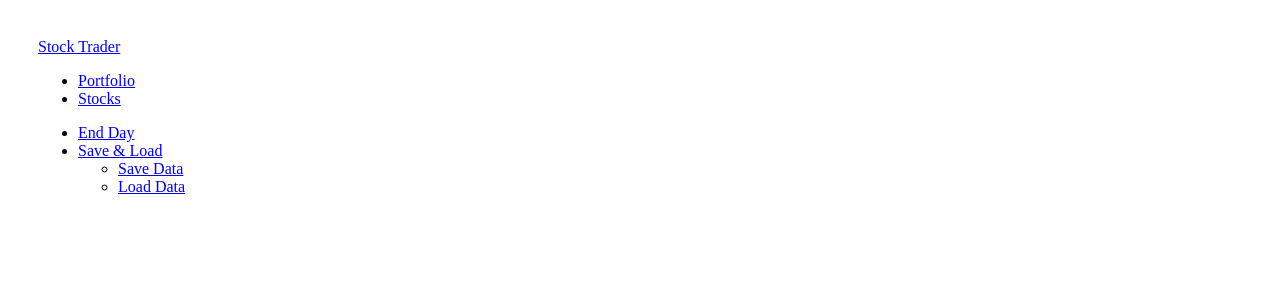
Repository: DaveBaulch/vue-course-stock-trader
Page: /stocks
These files come from the project's save history. The page is drawn as it stood at one moment and after a run of saves; the edit follows.
The browser window is 1280 px wide. The pictures show the whole page.
The project was rebuilt for these pictures with package versions that can differ from the ones it lists, and the page was loaded fresh each time. Also part of the build but not shown: webpack.config.js, src/components/Home.vue, src/components/portfolio/Portfolio.vue, src/components/stocks/Stock.vue.

Above is the page before, as saved 2021-01-25 12:00:02.

### src/main.js
import Vue from 'vue';
import VueRouter from 'vue-router';
import App from './App.vue';
import { routes } from './routes';

Vue.use(VueRouter);

const router = new VueRouter({
  mode: 'history',
  routes
});

new Vue({
  el: '#app',
  router,
  render: (h) => h(App)
});

### src/App.vue
<template>
  <div class="container">
    <app-header></app-header>
    <div class="row">
      <div class="col-xs-12">
        <router-view></router-view>
      </div>
    </div>
  </div>
</template>

<script>
import Header from './components/Header.vue';
export default {
  components: {
    appHeader: Header
  }
};
</script>

<style>
body {
  padding: 30px;
}
</style>

### src/routes.js
import Home from './components/Home.vue';
import Portfolio from './components/portfolio/Portfolio.vue';
import Stocks from './components/stocks/stocks.vue';

export const routes = [
  { path: '/', component: Home },
  { path: '/portfolio', component: Portfolio },
  { path: '/stocks', component: Stocks }
];

### src/components/Header.vue
<template>
  <nav class="navbar navbar-default">
    <div class="container-fluid">
      <div class="navbar-header">
        <router-link to="/" class="navbar-brand">Stock Trader</router-link>
      </div>

      <div class="collapse navbar-collapse">
        <ul class="nav navbar-nav">
          <router-link to="/portfolio" activeClass="active" tag="li"
            ><a>Portfolio</a></router-link
          >
          <router-link to="/stocks" activeClass="active" tag="li"
            ><a>Stocks</a></router-link
          >
        </ul>

        <ul class="nav navbar-nav navbar-right">
          <li><a href="#">End Day</a></li>
          <li class="dropdown">
            <a
              href="#"
              class="dropdown-toggle"
              data-toggle="dropdown"
              role="button"
              aria-haspopup="true"
              aria-expanded="false"
              >Save & Load <span class="caret"></span
            ></a>
            <ul class="dropdown-menu">
              <li><a href="#">Save Data</a></li>
              <li><a href="#">Load Data</a></li>
            </ul>
          </li>
        </ul>
      </div>
      <!-- /.navbar-collapse -->
    </div>
    <!-- /.container-fluid -->
  </nav>
</template>

### src/components/stocks/Stocks.vue
<template>
  <div>
    <app-stock></app-stock>
  </div>
</template>

<script>
import Stock from './Stock.vue';

export default {
  data() {
    return {
      stocks: [
        { id: 1, name: 'BMW', price: 110 },
        { id: 2, name: 'Google', price: 200 },
        { id: 3, name: 'Apple', price: 250 },
        { id: 4, name: 'Twitter', price: 8 }
      ]
    };
  },
  coponents: {
    appStock: Stock
  }
};
</script>

After the next 4 saves:
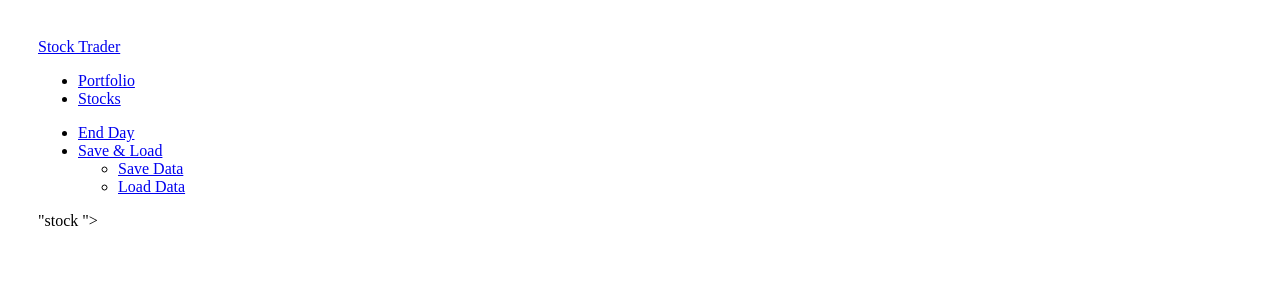
The 4 saves are shown as one change because they came seconds apart.
The last was saved 26 s later.
--- a/src/components/stocks/Stocks.vue
+++ b/src/components/stocks/Stocks.vue
@@ -1,6 +1,6 @@
 <template>
   <div>
-    <app-stock></app-stock>
+    <app-stock v-for"stock "></app-stock>
   </div>
 </template>
 
